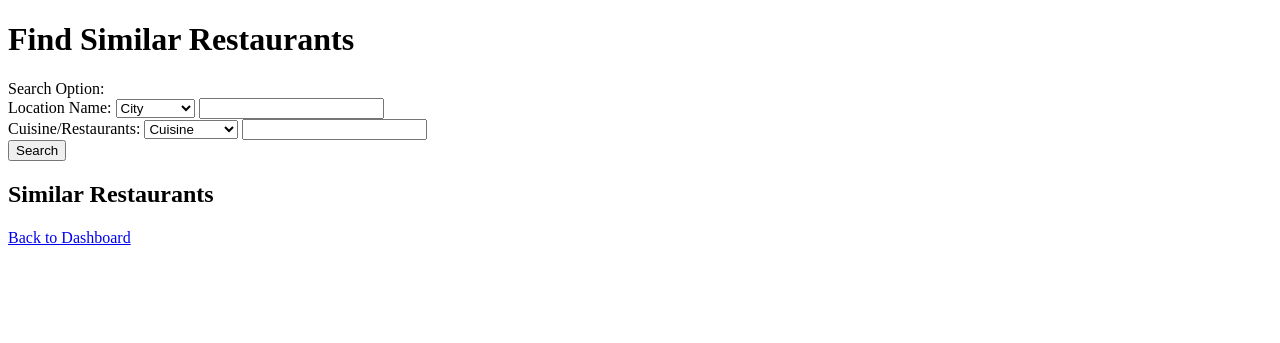
Repository: jahnavi320/Eatinery_ADT
Page: templates/restaurants.html
An editor plug-in stored every save of this project. The page is shown before and after the next save, followed by the edit.
The browser window is 1280 px wide. The pictures show the whole page.
The page is served by the project's application, run on Flask 3 (app.py). The template is opened directly, without the code that normally fills it, so the values that code supplies are empty.

Above is the page before, as saved 2023-12-04 17:45:27.

After the next save:
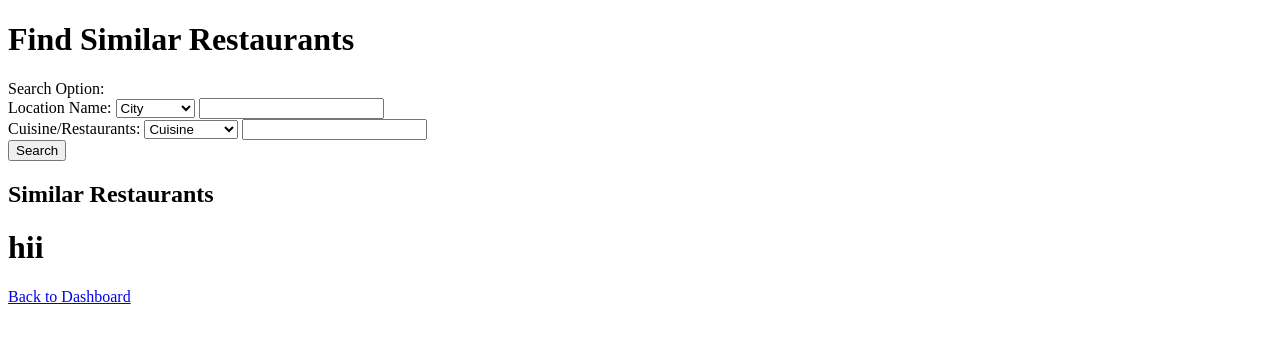
Saved 8 s later.
--- a/templates/restaurants.html
+++ b/templates/restaurants.html
@@ -82,7 +82,7 @@
     {% endif %}
 
     <h2>Similar Restaurants</h2>
-    <h1></h1>
+    <h1>hii</h1>
     <ul>
         {% for restaurant in similar_restaurants %}
             <li>{{ restaurant.restaurant_name }}</li>
